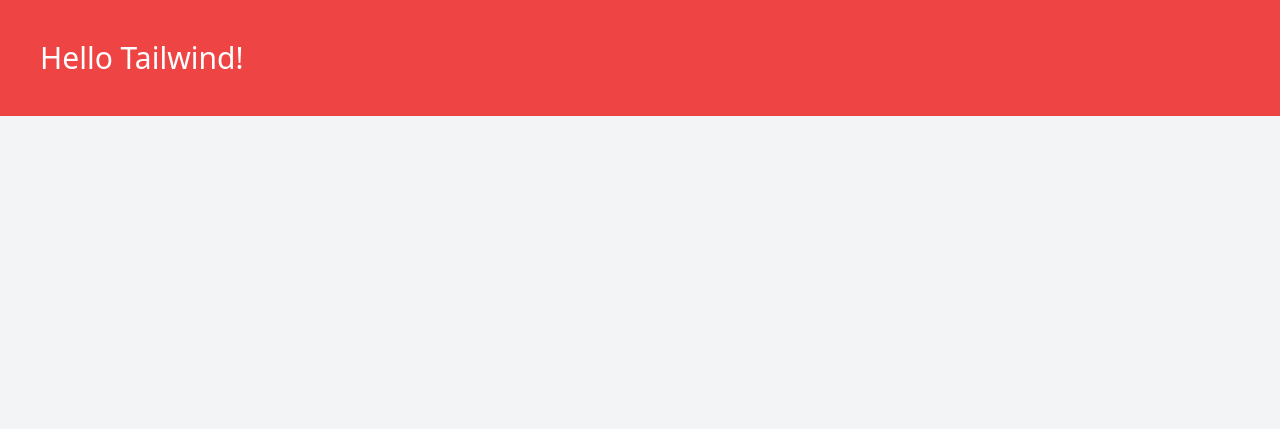
Repository: namandubey-0209/Todo
Page: /login (app in frontend/)
An editor plug-in stored every save of this project. The page is shown before and after the next save, followed by the edit.
The browser window is 1280 px wide. The pictures show the whole page.
The page's requests for data from a server got no answer. The project was rebuilt for these pictures with package versions that can differ from the ones it lists, and the page was loaded fresh each time. No one was signed in, and anything a server would have sent is missing. Also part of the build but not shown: frontend/vite.config.js, frontend/src/api/axios.js, frontend/src/api/auth.js, frontend/src/context/AuthContext.jsx, frontend/src/api/todos.js, frontend/src/hooks/useTodos.js, frontend/src/components/todos/TodoForm.jsx, frontend/src/components/todos/TodoItem.jsx and 8 more.

Above is the page before, as saved 2025-04-06 23:58:37.

### frontend/index.html
<!doctype html>
<html lang="en">
  <head>
    <meta charset="UTF-8" />
    <link rel="icon" type="image/svg+xml" href="/vite.svg" />
    <meta name="viewport" content="width=device-width, initial-scale=1.0" />
    <title>Todo App</title>

    <!-- Fonts and Icons -->
    <link rel="preconnect" href="https://fonts.googleapis.com" />
    <link rel="preconnect" href="https://fonts.gstatic.com" crossorigin />
    <link
      href="https://fonts.googleapis.com/css2?family=Inter:wght@100..900&family=Press+Start+2P&display=swap"
      rel="stylesheet"
    />
    <link
      rel="stylesheet"
      href="https://cdnjs.cloudflare.com/ajax/libs/font-awesome/6.7.2/css/all.min.css"
      integrity="sha512-Evv84Mr4kqVGRNSgIGL/F/aIDqQb7xQ2vcrdIwxfjThSH8CSR7PBEakCr51Ck+w+/U6swU2Im1vVX0SVk9ABhg=="
      crossorigin="anonymous"
      referrerpolicy="no-referrer"
    />
  </head>
  <body class="bg-gray-100 text-gray-900"> <!-- just a test tailwind class -->
    <div id="root"></div>
    <script type="module" src="/src/main.jsx"></script>
  </body>
</html>

### frontend/src/App.jsx
import { BrowserRouter, Routes, Route } from 'react-router-dom'
import { AuthProvider } from './context/AuthContext'
import Dashboard from './pages/Dashboard'
import Login from './pages/Login'
import Register from './pages/Register'
import ProtectedRoute from './pages/ProtectedRoute'

export default function App() {
  return (
    <div className="bg-red-500 text-white p-10 text-3xl">
    Hello Tailwind!
  </div>
    // <AuthProvider>
    //   <BrowserRouter>
    //     <Routes>
    //       <Route path="/login" element={<Login />} />
    //       <Route path="/register" element={<Register />} />
    //       <Route element={<ProtectedRoute />}>
    //         <Route path="/" element={<Dashboard />} />
    //       </Route>
    //     </Routes>
    //   </BrowserRouter>
    // </AuthProvider>
  )
}

### frontend/tailwind.config.js
/** @type {import('tailwindcss').Config} */
export default {
    content: [
      "./index.html",
      "./src/**/*.{js,jsx,ts,tsx}",
    ],
    theme: {
      extend: {},
    },
    plugins: [],
  };

Loaded but not shown: frontend/src/main.jsx (common file); frontend/src/index.css (common file)

After the next save:
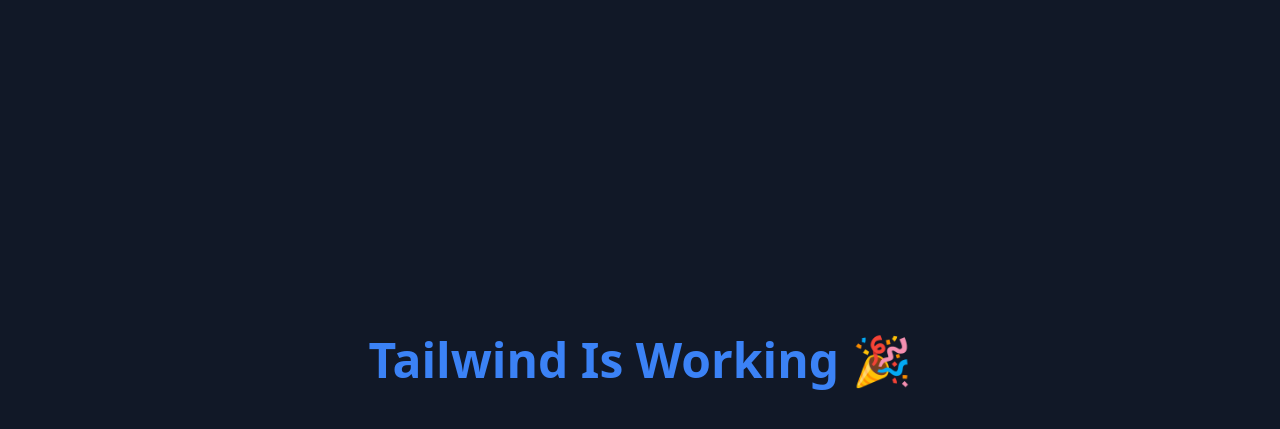
Saved 12 s later.
--- a/frontend/src/App.jsx
+++ b/frontend/src/App.jsx
@@ -7,8 +7,8 @@
 
 export default function App() {
   return (
-    <div className="bg-red-500 text-white p-10 text-3xl">
-    Hello Tailwind!
+    <div className="min-h-screen bg-gray-900 text-white flex items-center justify-center">
+    <h1 className="text-5xl font-bold text-blue-500">Tailwind Is Working 🎉</h1>
   </div>
     // <AuthProvider>
     //   <BrowserRouter>
